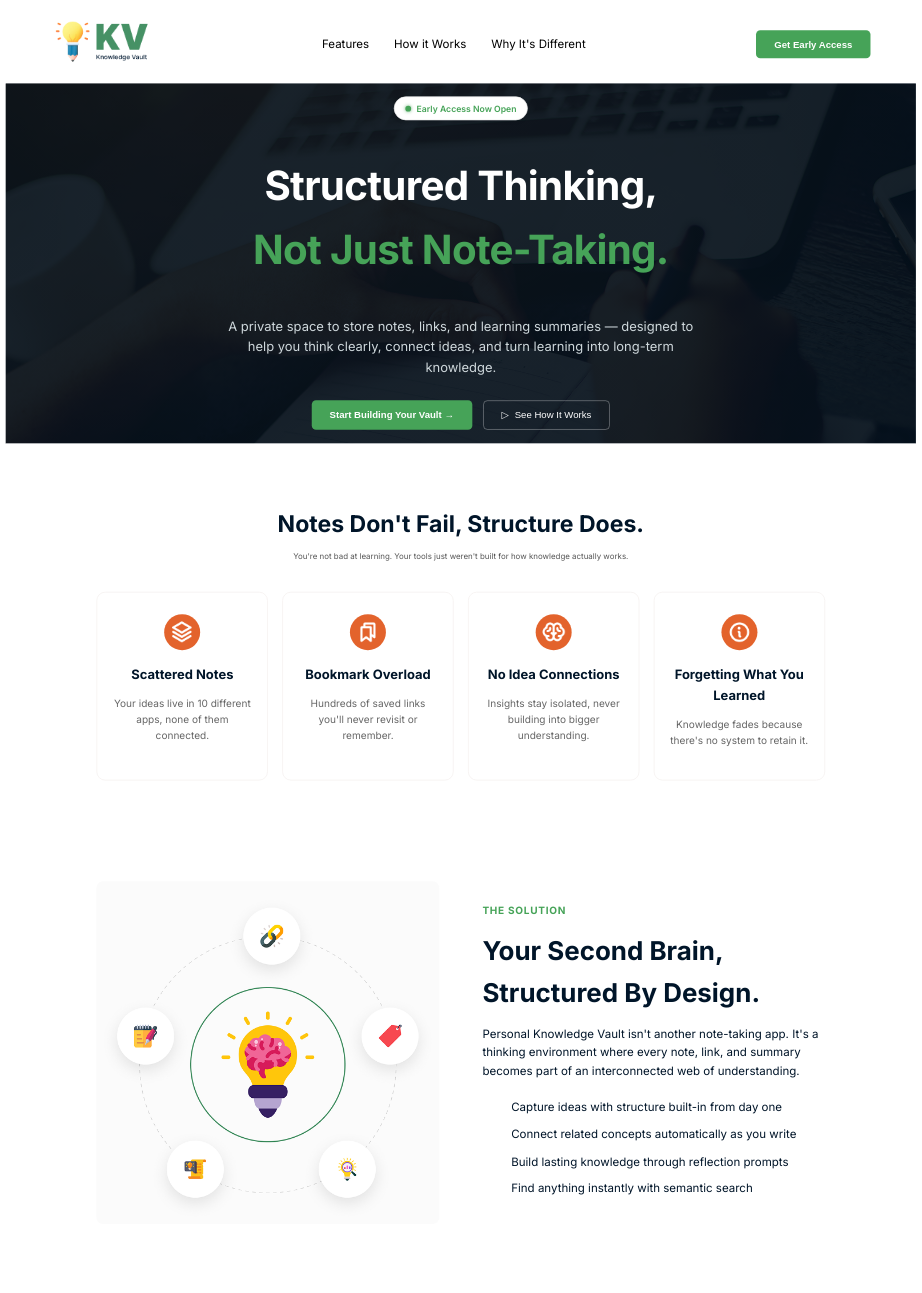
Repository: Saiful21Islam/my-fast-devel
Page: index.html
These files come from the project's save history. The page is drawn as it stood at one moment and after a run of saves; the edit follows.
The browser window is 1280 px wide. The pictures show the whole page, at 72% of full size.

Above is the page before, as saved 2026-01-31 12:33:09.

After the next 4 saves:
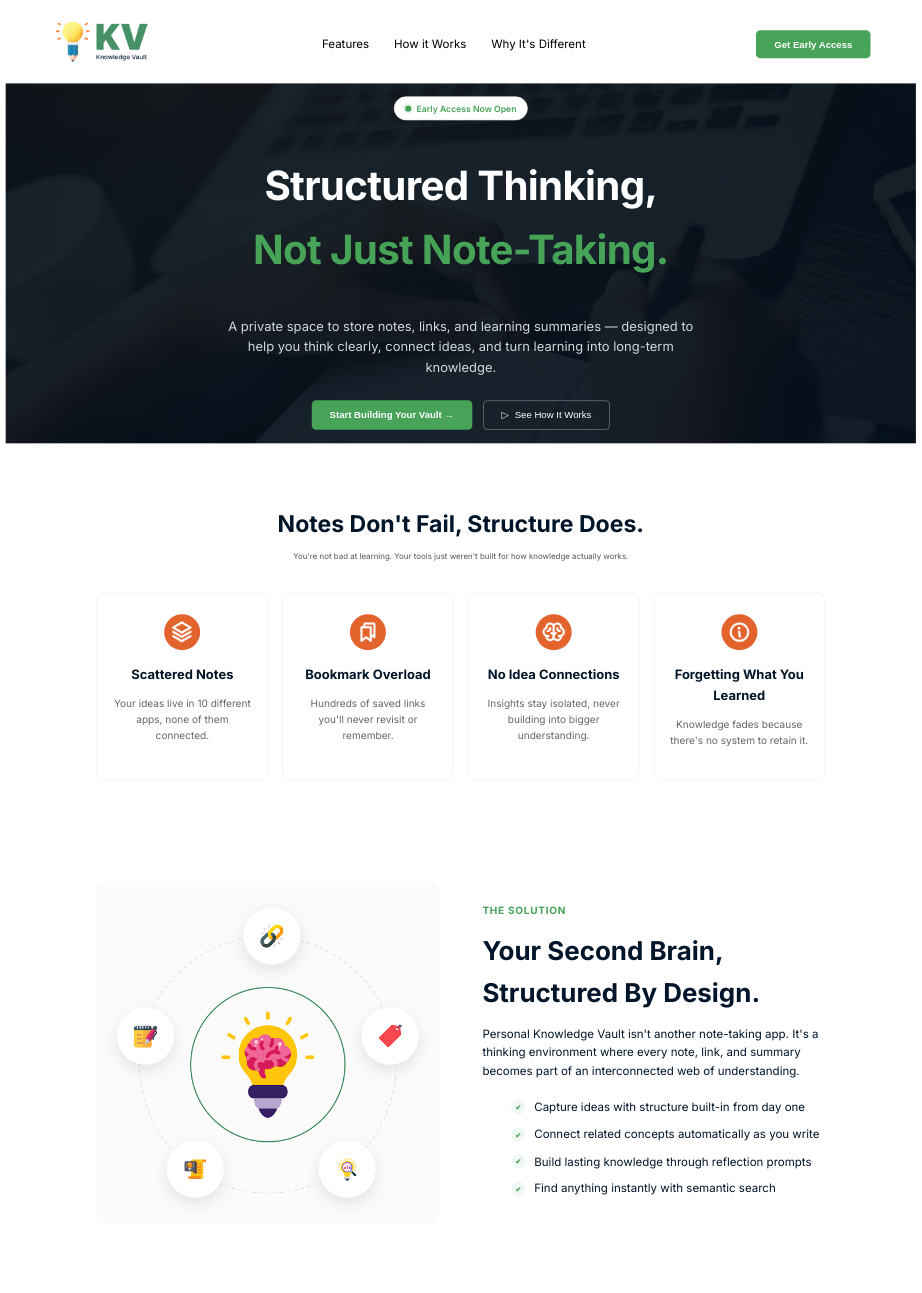
The 4 saves are shown as one change because they came seconds apart.
The last was saved 18 s later.
--- a/style.css
+++ b/style.css
@@ -249,24 +249,16 @@
 
 /* List-er shamne green checkmark magic */
 .feature-list li::before {
-    .feature-list li {
-    list-style: none;
-    display: flex;
-    align-items: center;
-    margin-bottom: 12px;
-}
-
-/* Green Checkmark Circle */
-.feature-list li::before {
     content: "✔";
-    color: white;
-    background-color: #46a358;
-    border-radius: 50%;
+    color: #46a358;
+    font-weight: bold;
+    margin-right: 12px;
+    background: #f0f9f1;
     width: 20px;
     height: 20px;
     display: flex;
-    align-items: center;
-    justify-content: center;
-    margin-right: 10px;
-    font-size: 12px;
-}
+    justify-content: center;
+    align-items: center;
+    border-radius: 50%;
+    font-size: 10px;
+}
